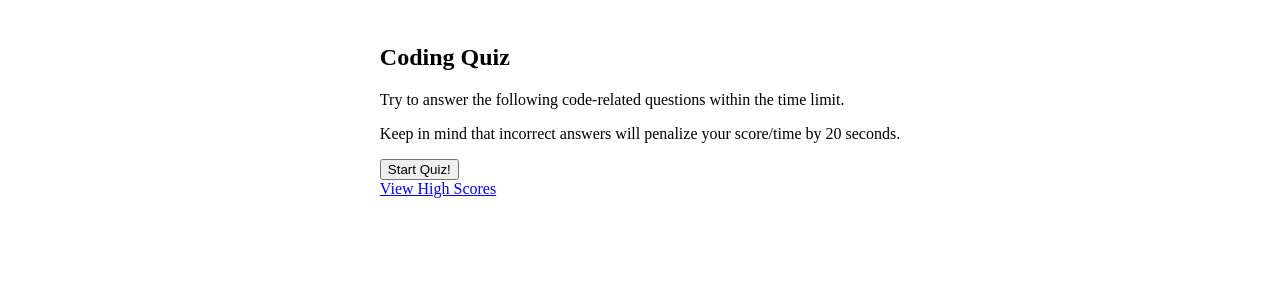
Repository: ziffoit/Code-Quiz
Page: index.html
An editor plug-in stored every save of this project. The page is shown before and after the next save, followed by the edit.
The browser window is 1280 px wide. The pictures show the whole page.

Above is the page before, as saved 2021-03-14 13:38:38.

After the next save:
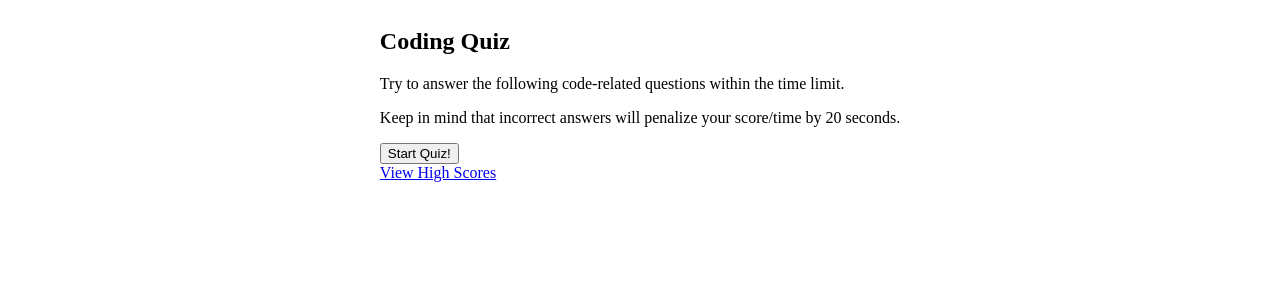
Saved 47 s later.
--- a/Assets/style.css
+++ b/Assets/style.css
@@ -4,7 +4,6 @@
 
 body {
   display: flex;
-  flex-flow: column wrap;
   justify-content: center;
   align-items: center;
   align-content: center;

After the save that followed:
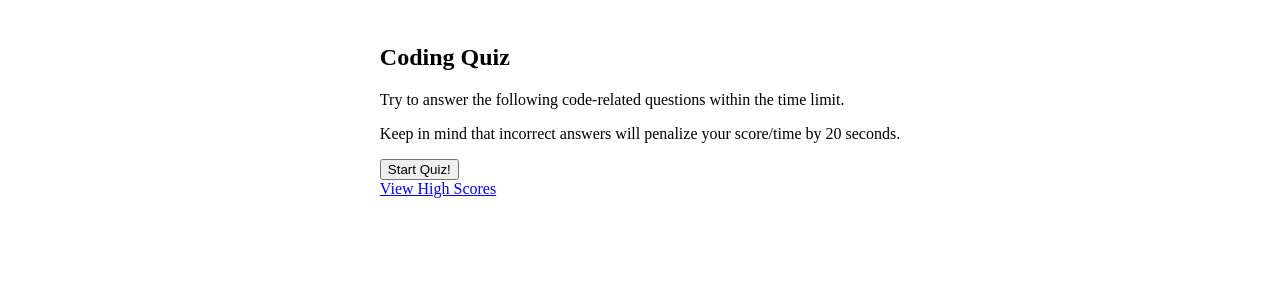
Saved 51 s later.
--- a/Assets/style.css
+++ b/Assets/style.css
@@ -4,6 +4,7 @@
 
 body {
   display: flex;
+  flex-direction: column;
   justify-content: center;
   align-items: center;
   align-content: center;
